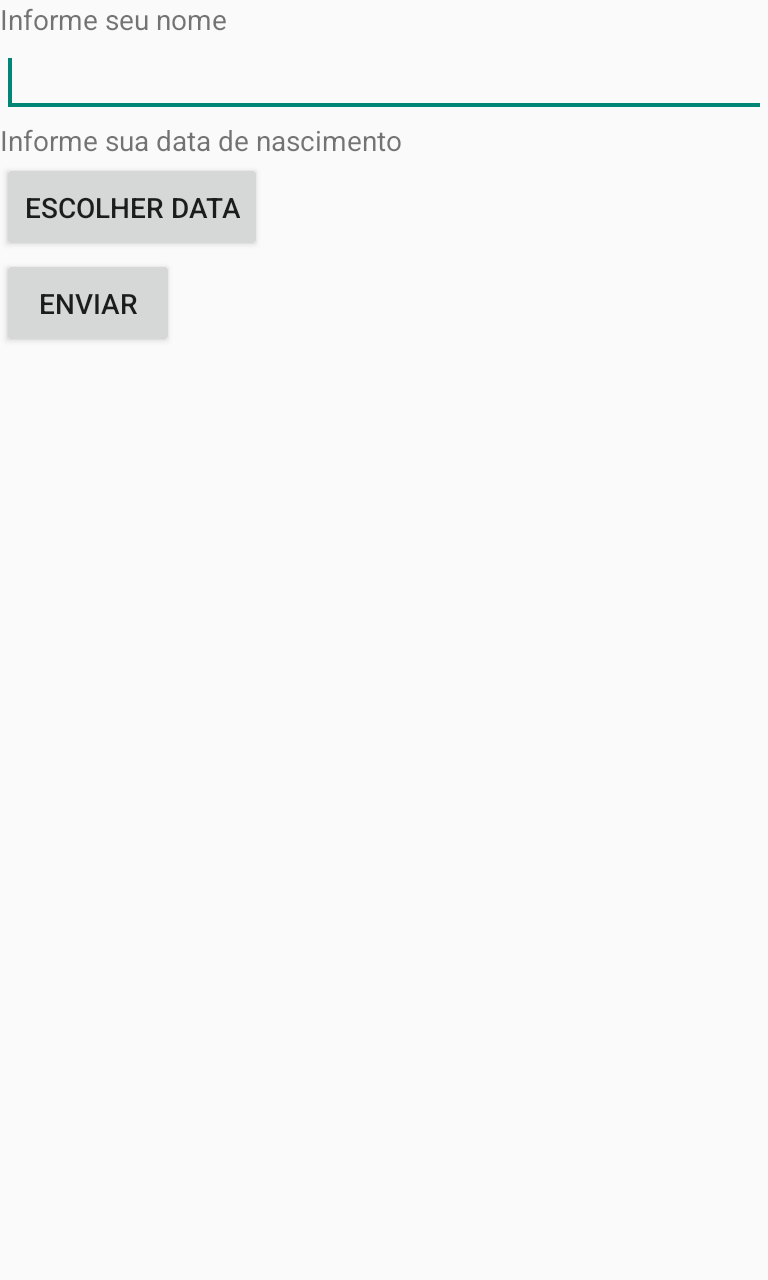
Repository: willianjean/androidProject
Layout: Exercicio3/res/layout/activity_main.xml
An editor plug-in stored every save of this project. The layout is shown before and after the next save, followed by the edit.
It is drawn on a 768 x 1280 px phone screen (xhdpi) without system bars, with theme AppTheme; the app's code is not run.

Above is the layout before, as saved 2014-07-24 13:21:01.

### Exercicio3/res/layout/activity_main.xml
<LinearLayout xmlns:android="http://schemas.android.com/apk/res/android"
    xmlns:tools="http://schemas.android.com/tools"
    android:id="@+id/LinearLayout2"
    android:layout_width="match_parent"
    android:layout_height="match_parent"
    android:orientation="vertical"
    tools:context="${relativePackage}.${activityClass}" >

    <TextView
        android:id="@+id/textView1"
        android:layout_width="wrap_content"
        android:layout_height="wrap_content"
        android:text="Informe seu nome" />

    <EditText
        android:id="@+id/nome"
        android:layout_width="match_parent"
        android:layout_height="wrap_content"
        android:ems="10"
        android:inputType="textPersonName" >

        <requestFocus />
    </EditText>

    <TextView
        android:id="@+id/textView2"
        android:layout_width="wrap_content"
        android:layout_height="wrap_content"
        android:text="Informe sua data de nascimento" />

    <Button
        android:id="@+id/data"
        android:layout_width="wrap_content"
        android:layout_height="wrap_content"
        android:text="Escolher data" />

    <Button
        android:id="@+id/enviar"
        android:layout_width="wrap_content"
        android:layout_height="wrap_content"
        android:text="Enviar" />

</LinearLayout>

Loaded but not shown: Exercicio3/res/values/styles.xml (common file); Exercicio3/res/values-v11/styles.xml (common file); Exercicio3/res/values-v14/styles.xml (common file)

After the next save:
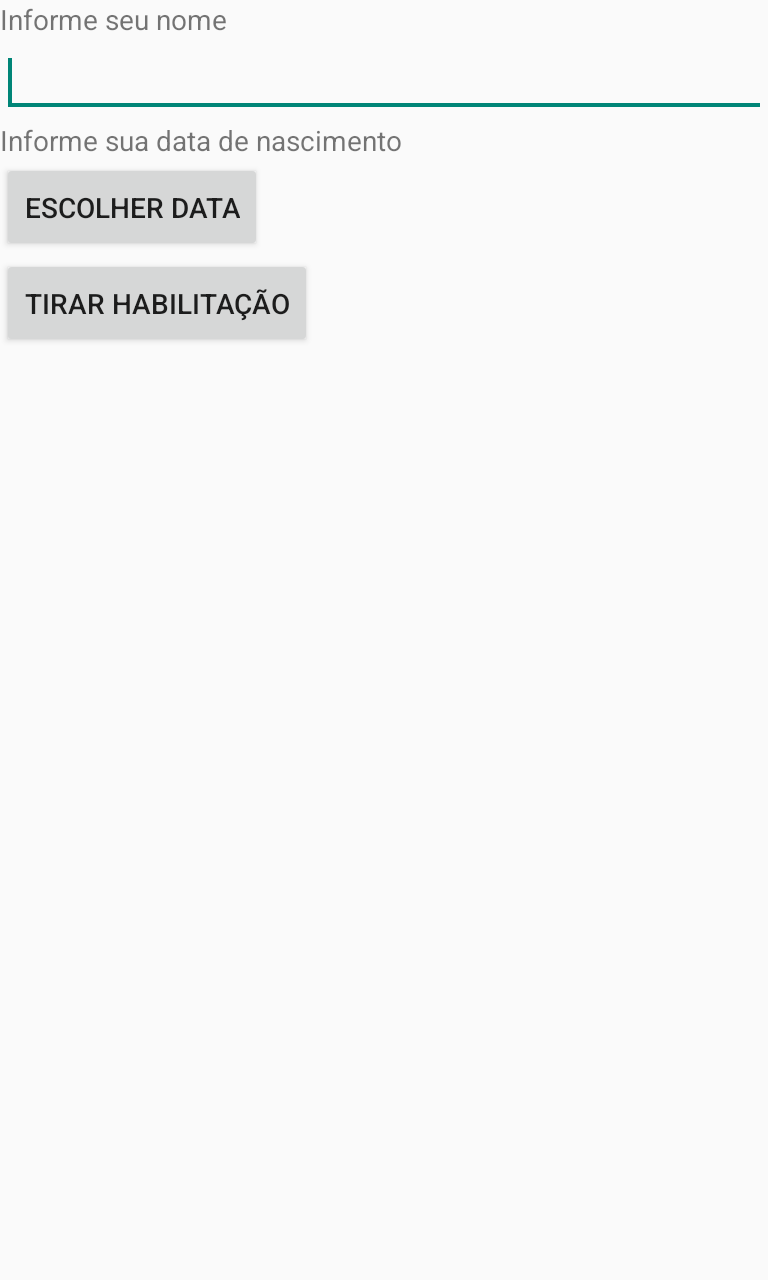
Saved 110 min 3 s later.
--- a/Exercicio3/res/layout/activity_main.xml
+++ b/Exercicio3/res/layout/activity_main.xml
@@ -38,6 +38,6 @@
         android:id="@+id/enviar"
         android:layout_width="wrap_content"
         android:layout_height="wrap_content"
-        android:text="Enviar" />
+        android:text="Tirar habilitação" />
 
 </LinearLayout>
